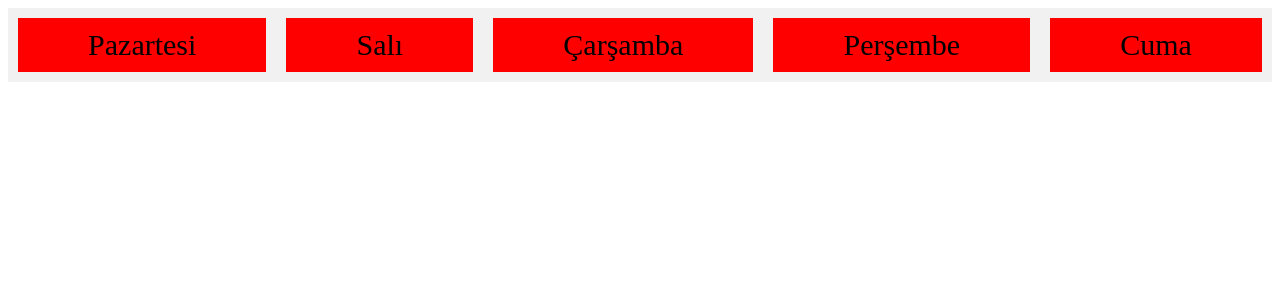
Repository: ahmetbugraozcan/css-ders-programi
Page: deneme2.html
The author's editor kept a copy of each file at every save. The page is drawn from the files as they stood at one save, then again after the next save.
The browser window is 1280 px wide. The pictures show the whole page.

Above is the page before, as saved 2021-07-10 13:25:20.

After the next save:
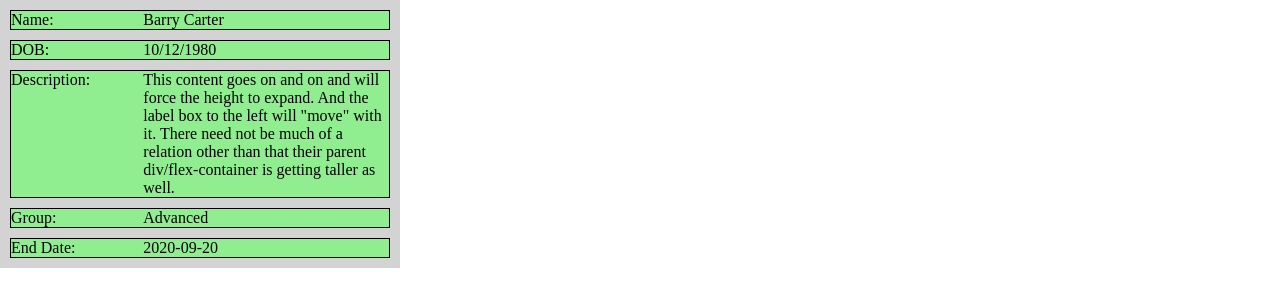
Saved 3 min 50 s later.
--- a/deneme2.html
+++ b/deneme2.html
@@ -3,34 +3,93 @@
 
 <head>
     <style>
-        .flex-container {
-            display: flex;
-
-            background-color: #f1f1f1;
+        * {
+            box-sizing: border-box;
         }
 
-        .flex-container>div {
-            min-width: 100px;
-            background-color: red;
-            flex-grow: 1;
+
+        body,
+        html {
+            height: 100%;
+            margin: 0;
+        }
+
+
+        #container {
+            width: 400px;
+            display: flex;
+            flex-direction: column;
+            justify-content: flex-start;
+            align-items: flex-start;
+            background-color: lightgrey;
             padding: 10px;
-            margin: 10px;
-            text-align: center;
-            font-size: 30px;
+
+        }
+
+
+        .shelf {
+
+            flex: 1 1 auto;
+            width: 100%;
+            margin-bottom: 10px;
+            border: 1px solid black;
+            background-color: lightgreen;
+
+            display: flex;
+            flex-direction: row;
+
+        }
+
+        .shelf:last-child {
+            margin-bottom: 0;
+        }
+
+
+        .labelbox {
+            flex: 0 0 35%;
+        }
+
+
+        .valuebox {
+            flex: 0 0 65%;
         }
     </style>
 </head>
 
-<body>
+<body><div id="container">
 
-    <div class="flex-container">
-        <div>Pazartesi</div>
-        <div>Salı</div>
-        <div>Çarşamba</div>
-        <div>Perşembe</div>
-        <div>Cuma</div>
+    <div class="shelf">
+        <div class="labelbox">Name: </div> <div class="valuebox">Barry Carter</div>
     </div>
 
-</body>
+    <div class="shelf">
+        <div class="labelbox">DOB:</div><div class="valuebox">10/12/1980</div>
+    </div>
+
+    <div class="shelf">
+
+        <div class="labelbox">
+            Description:
+        </div>
+
+        <div class="valuebox">
+
+            This content goes on and on and will force the height to expand. And the label box to the left will
+            "move" with it. There need not be much of a relation other than that their parent div/flex-container is
+            getting taller as well.
+
+        </div>
+
+    </div>
+
+    <div class="shelf">
+        <div class="labelbox">Group:</div><div class="valuebox">Advanced</div>
+    </div>
+
+    <div class="shelf">
+        <div class="labelbox">End Date:</div><div class="valuebox">2020-09-20</div>
+    </div>
+
+</div></body>
 
 </html>
